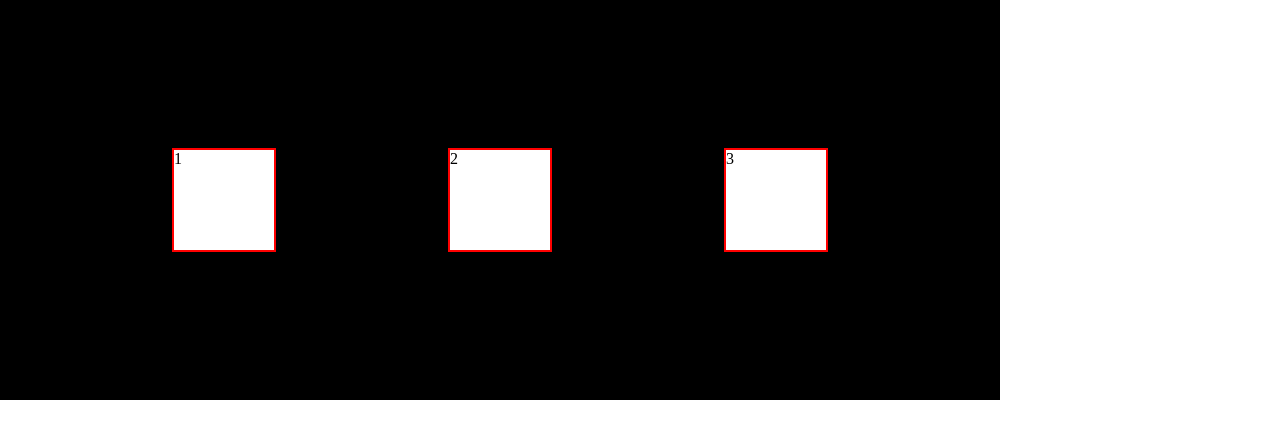
Repository: elourenco001/cursoweb
Page: DisplayFlex/index.html
An editor plug-in stored every save of this project. The page is shown before and after the next save, followed by the edit.
The browser window is 1280 px wide. The pictures show the whole page.

Above is the page before, as saved 2023-01-30 15:01:19.

### DisplayFlex/index.html
<!DOCTYPE html>
<html lang="pt_br"> <!--Formato da Linguagem a ser usada-->
    <head>
        <meta charset="UTF-8">
        <meta http-equiv="X-UA-Compatible" content="Google Chrome">
        <meta name="viewport" content="width-device-width, initial-scaled=1.0">
    <title>Profissão Programador</title> <!--TItulo da aba do Navegador-->

    <link rel="stylesheet" href="./styles.css"/>
</head>
    <body>
        <div class="minhadiv">
            <div class="caixa">1</div>
            <div class="caixa">2</div>
            <div class="caixa">3</div>

        </div>

    </body>
</html>

### DisplayFlex/styles.css
* {

    margin: 0;

}
.minhadiv {
    width: 1000px;
    height: 400px;
    background-color: black;
    display: flex; /*Alinhar as caixas lado a lado*/
    /*flex-direction: column-reverse; /*Inverter a posição das caixas*/
    justify-content: space-evenly;
    align-items: center;

.caixa{
    width: 100px;
    height: 100px;
    background-color: #fff;
    border: 2px solid red;


}

After the next save:
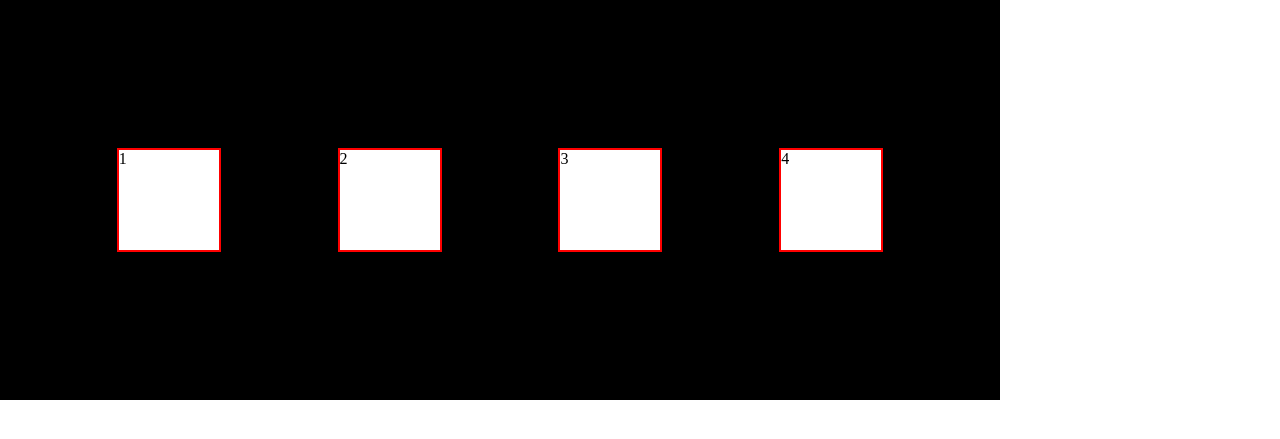
Saved 114 s later.
--- a/DisplayFlex/index.html
+++ b/DisplayFlex/index.html
@@ -13,6 +13,7 @@
             <div class="caixa">1</div>
             <div class="caixa">2</div>
             <div class="caixa">3</div>
+            <div class="caixa">4</div>
 
         </div>
 
